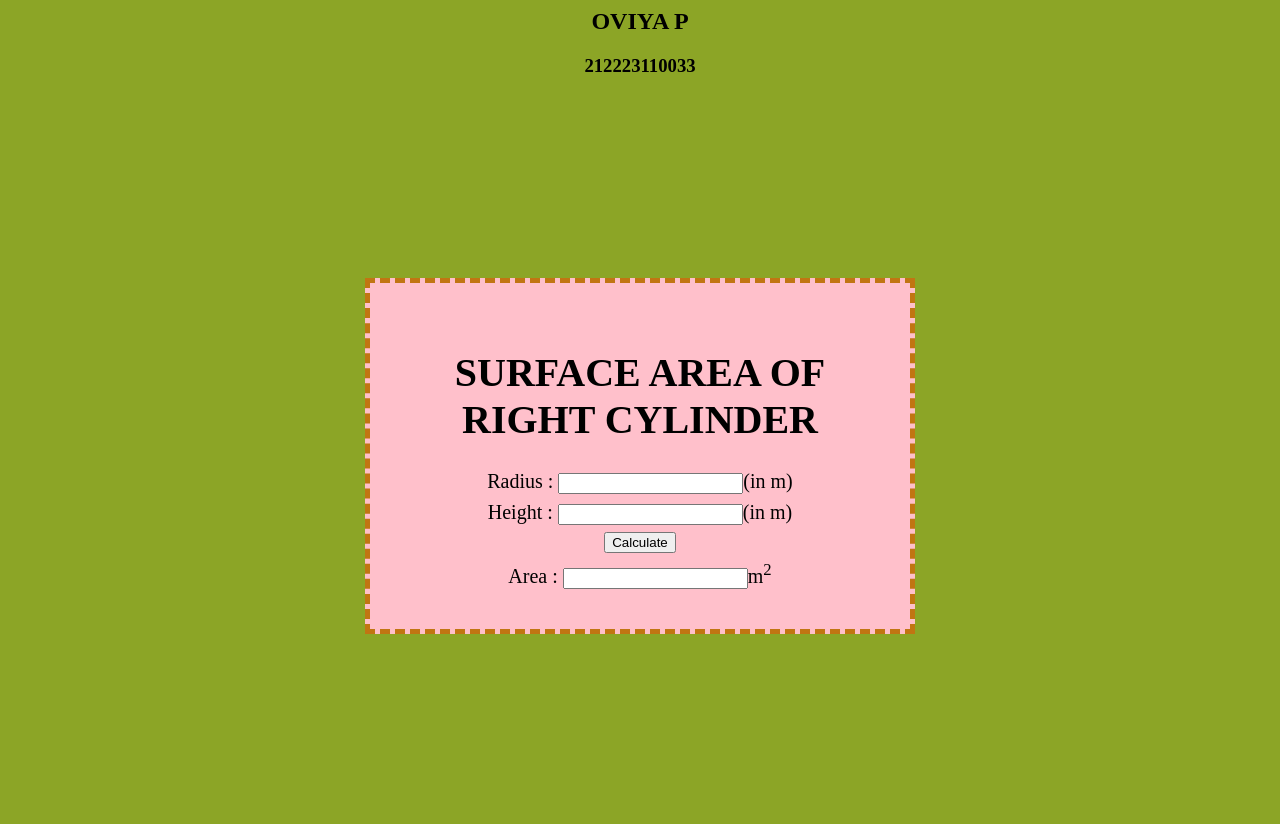
Repository: Oviya24032K6/MathServer
Page: oviya/mathapp/templates/mathapp/maths.html
An editor plug-in stored every save of this project. The page is shown before and after the next save, followed by the edit.
The browser window is 1280 px wide. The pictures show the whole page.
The template is drawn by Django 5.2. The application's start-up code is not run. The template is opened directly, without the code that normally fills it, so the values that code supplies are empty.

Above is the page before, as saved 2024-04-02 10:14:09.

After the next save:
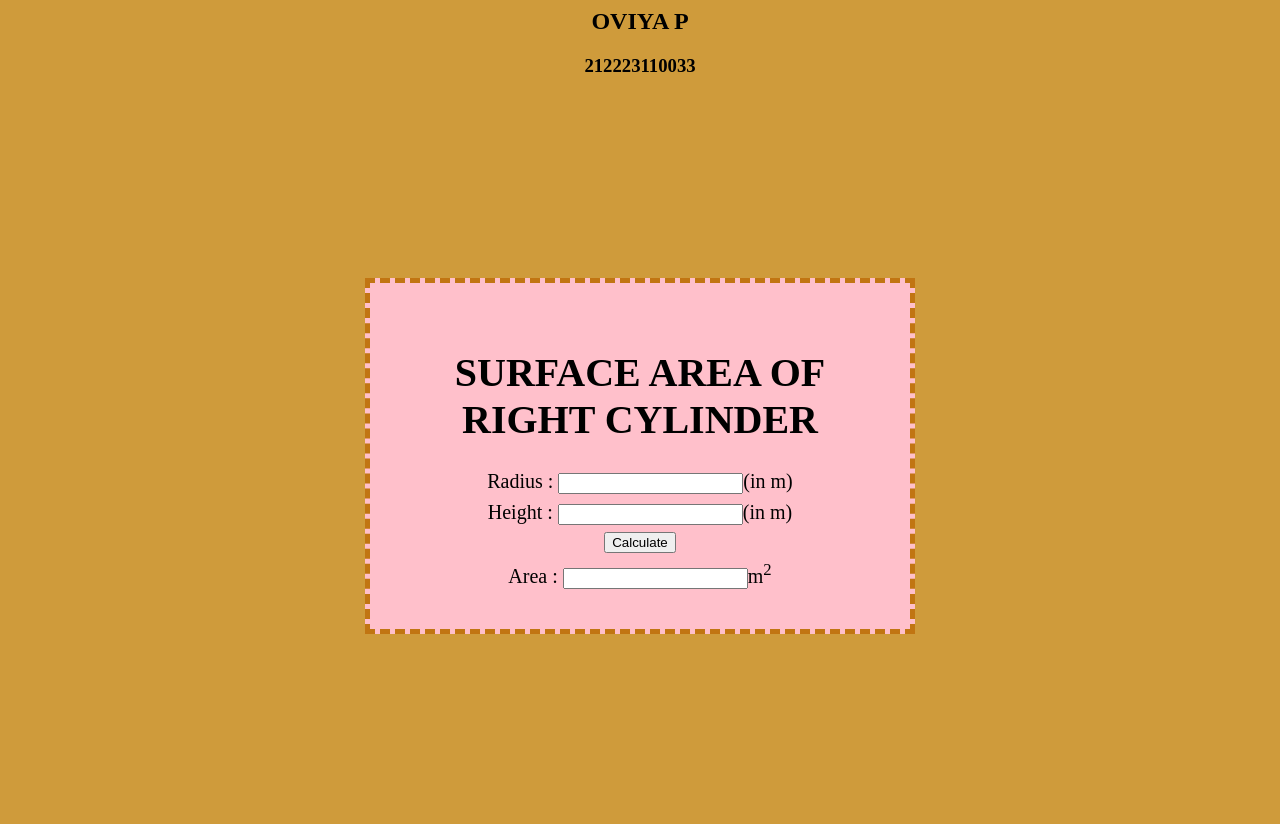
Saved 4 min 14 s later.
--- a/oviya/mathapp/templates/mathapp/maths.html
+++ b/oviya/mathapp/templates/mathapp/maths.html
@@ -8,7 +8,7 @@
 <meta name='viewport' content='width=device-width, initial-scale=1'>
 <style type="text/css">
 body {
-    background-color: rgb(140, 165, 38);
+    background-color: rgb(207, 155, 59);
 }
 .edge {
     width: 100%; /* Set width to 100% */
